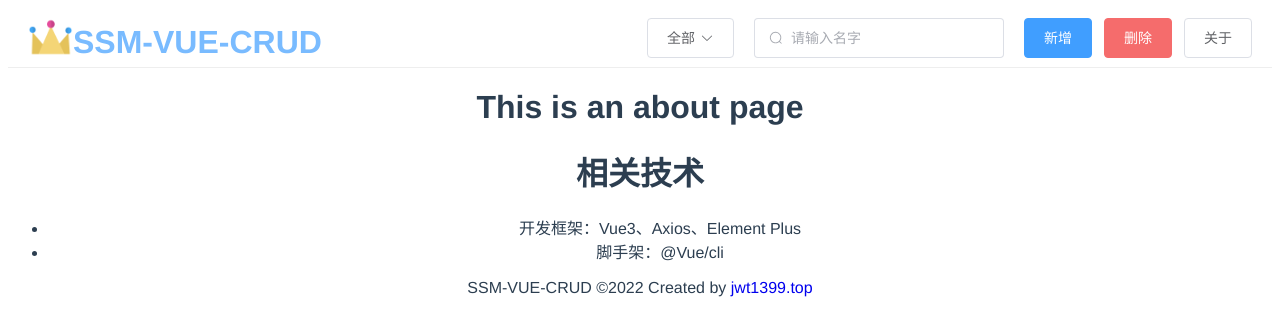
Repository: jwt1399/ssm-vue-crud
Page: /#/about (app in ssm-crud-front/)
These files come from the project's save history. The page is drawn as it stood at one moment and after the next save; the edit follows.
The browser window is 1280 px wide. The pictures show the whole page.
The project was rebuilt for these pictures with package versions that can differ from the ones it lists, and the page was loaded fresh each time. Also part of the build but not shown: ssm-crud-front/vue.config.js, ssm-crud-front/src/components/Form.vue, ssm-crud-front/src/views/CrudView.vue.

Above is the page before, as saved 2022-06-09 12:44:28.

After the next save:
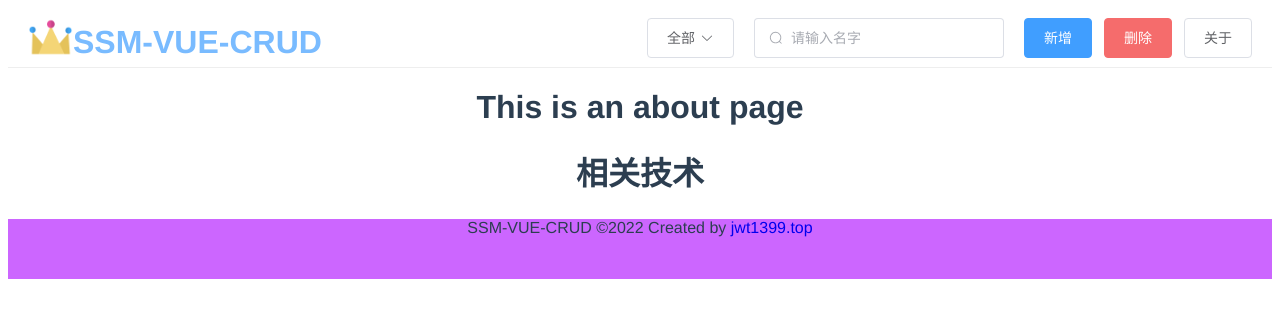
Saved 53 s later.
--- a/ssm-crud-front/src/components/Footer.vue
+++ b/ssm-crud-front/src/components/Footer.vue
@@ -15,6 +15,11 @@ export default{
 <style scoped>
 .footer {
     text-align: center;
+    position: relative;
+    margin-top: -60px; /*等于footer的高度*/
+    height: 60px;
+    clear:both;
+    background: #c6f;
 }
 
 
